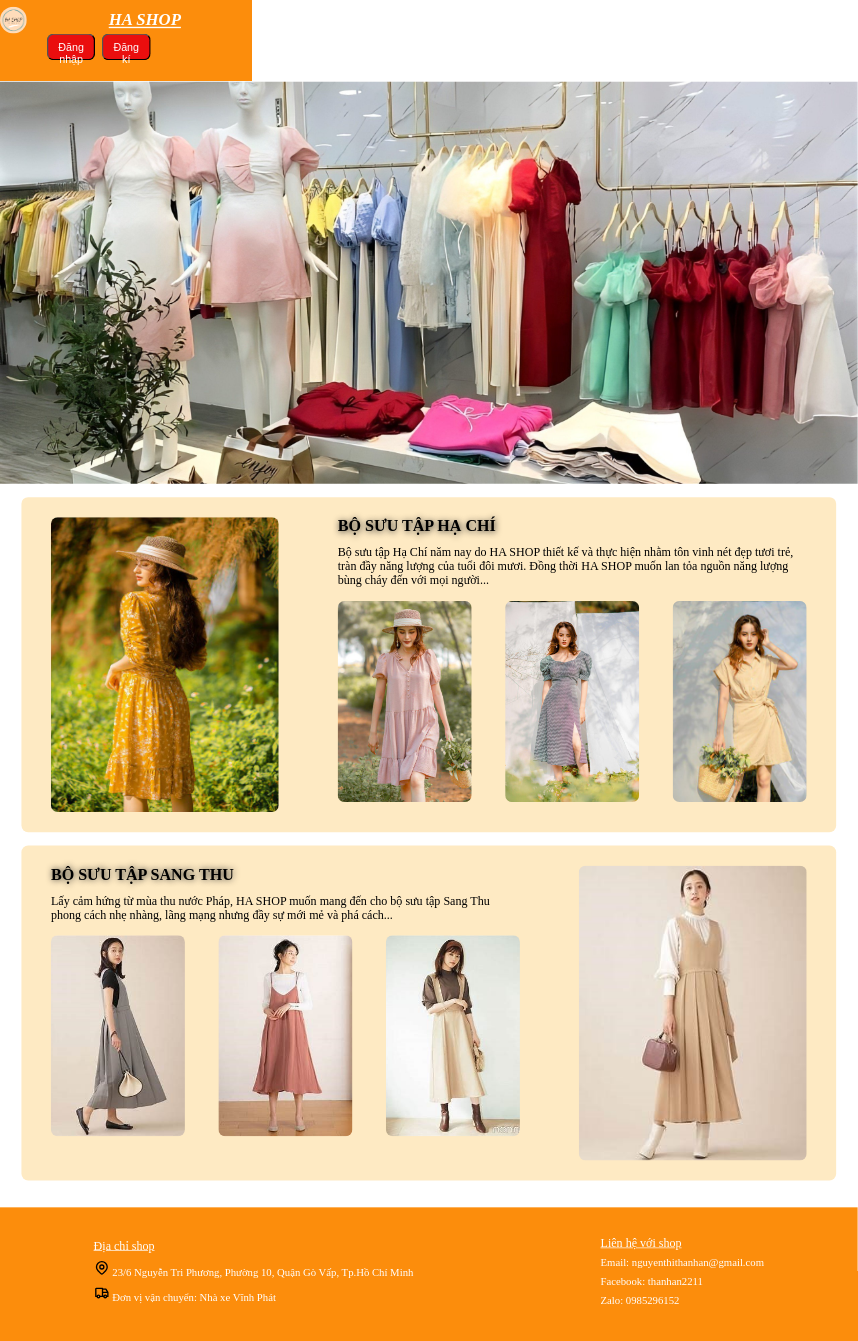
Repository: manhhieu120499/Project_ShopQuanAo
Page: index.html
These files come from the project's save history. The page is drawn as it stood at one moment and after the next save; the edit follows.
The browser window is 1280 px wide. The pictures show the whole page, at 67% of full size.

Above is the page before, as saved 2023-04-07 23:13:43.

### index.html
<!DOCTYPE html>
<html lang="en">

<head>
    <meta charset="UTF-8" />
    <meta http-equiv="X-UA-Compatible" content="IE=edge" />
    <meta name="viewport" content="width=device-width, initial-scale=1.0" />
    <title>Document</title>
    <link rel="stylesheet" href="/css/style_trangchu.css">
    <link rel="stylesheet" href="/responsive/responsive_trangchu.css">
</head>

<body>
    <div class="wrap">
        <div class="header">
            <div class="left-header">
                <img src="/image/image_trangchu/Thời trang hiện dại.png" alt="logo_shop" class="picture"/>
                <h2 class="shop_name">HA SHOP</h2>
            </div>

            <div class="right-header">
                <div class="link">
                    <a href="#">Trang Chủ</a>
                    <a href="http://127.0.0.1:5501/html/ban_hang.html">Cửa Hàng</a>
                    <a href="#">Liên hệ</a>
                </div>
                 <div class="btn">
                     <button>Đăng nhập</button>
                     <button>Đăng kí</button>
                 </div>
            </div>

        </div>

        <div class="slide_bar">
            <img src="/image/image_trangchu/slide.jpg" alt="slide_picture">
        </div>

        <div class="album">
            <div class="album_one">
                <div class="left_picture">
                     <img src="/image/image_trangchu/10.jpg" alt="picture_ha_chi">
                </div>
                <div class="right_description">
                      <h2 class="title_album">BỘ SƯU TẬP HẠ CHÍ</h2>
                      <p class="desc">   Bộ sưu tập Hạ Chí năm nay do HA SHOP thiết kế và thực hiện nhằm tôn vinh nét đẹp tươi trẻ, tràn đầy năng lượng của tuổi đôi mươi. Đồng thời HA SHOP muốn lan tỏa nguồn năng lượng bùng cháy đến với mọi người...</p>
                      <div class="picture_etc">
                        <img src="/image/image_trangchu/11.jpg" alt="picture_ha_chi">
                        <img src="/image/image_trangchu/12.jpg" alt="picture_ha_chi">
                        <img src="/image/image_trangchu/13.jpg" alt="picture_ha_chi">
                      </div>
                </div>

            </div>

            <div class="album_two album_one ">
                <div class="right_description">
                    <h2 class="title_album">BỘ SƯU TẬP SANG THU</h2>
                    <p class="desc">   Lấy cảm hứng từ mùa thu nước Pháp, HA SHOP muốn mang đến cho bộ sưu tập Sang Thu phong cách nhẹ nhàng, lãng mạng nhưng đầy sự mới mẻ và phá cách...</p>
                    <div class="picture_etc">
                        <img src="/image/image_trangchu/5.jpg" alt="picture_sang_thu">
                        <img src="/image/image_trangchu/8.jpg" alt="picture_sang_thu">
                        <img src="/image/image_trangchu/6.jpg" alt="picture_sang_thu">
                    </div>
                </div>
                <div class="left_picture">
                     <img src="/image/image_trangchu/3.jpg" alt="picture_sang_thu">
                </div>

            </div>
        </div>

        <div class="footer">
            <div class="left_footer">
                  <p class="address">Địa chỉ shop</p>
                  <p>
                    <a class="icon">
                        <svg xmlns="http://www.w3.org/2000/svg" class="icon icon-tabler icon-tabler-map-pin" width="24" height="24" viewBox="0 0 24 24" stroke-width="2" stroke="currentColor" fill="none" stroke-linecap="round" stroke-linejoin="round">
                            <path stroke="none" d="M0 0h24v24H0z" fill="none"></path>
                            <path d="M12 11m-3 0a3 3 0 1 0 6 0a3 3 0 1 0 -6 0"></path>
                            <path d="M17.657 16.657l-4.243 4.243a2 2 0 0 1 -2.827 0l-4.244 -4.243a8 8 0 1 1 11.314 0z"></path>
                         </svg>
                    </a>
                     23/6 Nguyễn Tri Phương, Phường 10, Quận Gò Vấp, Tp.Hồ Chí Minh
                  </p>
                  <p>
                    <a>
                        <svg xmlns="http://www.w3.org/2000/svg" class="icon icon-tabler icon-tabler-truck" width="24" height="24" viewBox="0 0 24 24" stroke-width="2" stroke="currentColor" fill="none" stroke-linecap="round" stroke-linejoin="round">
                            <path stroke="none" d="M0 0h24v24H0z" fill="none"></path>
                            <path d="M7 17m-2 0a2 2 0 1 0 4 0a2 2 0 1 0 -4 0"></path>
                            <path d="M17 17m-2 0a2 2 0 1 0 4 0a2 2 0 1 0 -4 0"></path>
                            <path d="M5 17h-2v-11a1 1 0 0 1 1 -1h9v12m-4 0h6m4 0h2v-6h-8m0 -5h5l3 5"></path>
                         </svg>
                         Đơn vị vận chuyển: Nhà xe Vĩnh Phát
                    </a>
                  </p>
            </div>
            <div class="right_footer">
                 <p class="address">Liên hệ với shop</p>
                 <p>Email: nguyenthithanhan@gmail.com</p>
                 <p>Facebook: thanhan2211</p>
                 <p>Zalo: 0985296152</p>
            </div>

        </div>
    </div>

</body>

</html>

### css/style_trangchu.css
* {
    margin: 0;
    box-sizing: border-box;
}

.wrap {
    display: flex;
    flex-direction: column;
    width: 100%;
    height: 100%;
}


.header {
    background-color: #FC8D0C;
    display: flex;
    justify-content: space-around;
    position: fixed;
    width: 100%;
    top: 0;
    left: 0;
    padding: 10px 0;
    z-index: 1;
}

.left-header {
    width: 270px;
    display: flex;
    align-items: center;
    justify-content: space-between;
}

.left-header .picture {
    width: 100px;
    height: 100px;
    border-radius: 50%;
}

.left-header .shop_name {
    color: white;
    font-size: 25px;
    text-decoration: underline;
    font-style: italic;
}

.right-header .link {
    width: 400px;
    display: flex;
    justify-content: space-between;
}

.right-header .link a:hover {
    color: black;
}

.right-header .link > a {
    color: white;
    text-decoration: none;
    font-size: 25px;
    /* padding: 10px 35px; */
}

.right-header {
    width: 800px;
    display: flex;
    align-items: flex-end;
    margin-bottom: 20px;
    justify-content: space-between;
}

.right-header .btn {
    display: flex;
    justify-content: space-between;
    width: 300px;
}

.right-header .btn > button {
    background-color: #EA0E0E;
    padding: 10px 15px;
    border-radius: 10px;
    font-size: 16px;
    color: white;
    width: 200px;
    height: 40px;
    margin-left: 10px;
}



/* slide bar*/
.slide_bar {
    margin-top: 122px;
    height: 400px;
}
.slide_bar > img{
    width: 100%;
    object-fit: cover;
    height: 600px;
    display: block;
    margin-bottom: 20px;
}

/*album bo suu tap*/
.album {
    display: flex;
    width: calc(100% - 32px);
    flex-direction: column;
}
.album_one {
    margin-top: 220px;
    width: calc(100% - 32px);
    margin-left: 32px;
    height: 500px;
    background-color: #FEEAC3;
    display: flex;
    justify-content: space-around;
    align-items: center;
    border-radius: 10px;

}

.left_picture {
    width: 340px;
    height: 440px;
}
.left_picture img{
    width: 340px;
    height: 440px;
    border-radius: 10px;
}

.left_picture img:hover {
    transform: scale(1.1);
    transition: ease all 0.7s;
}

.right_description {
    width: 700px;
    height: 440px;
    display: flex;
    flex-direction: column;
}

.right_description > .picture_etc{
    display: flex;
    align-items: center;
    justify-content: space-between;
}

.right_description > .picture_etc > img {
    width: 200px;
    height: 300px;
    border-radius: 10px;
    object-fit: cover;
    margin-top: 10px;
}

.right_description > .picture_etc > img:hover {
    transform: scale(1.1);
    transition: ease all 0.7s;
}

.right_description .title_album {
    font-weight: 600px;
    margin-bottom: 15px;
    text-shadow: 1px 1px 10px #222;
}

.right_description .desc {
    font-size: 18px;
    text-align: start;
    margin-bottom: 10px;
}

.album .album_two {
    margin-top: 20px;
}

/*footer*/
.footer {
    margin-top: 40px;
    width: 100%;
    height: 200px;
    background-color: #FC8D0C;
    display: flex;
    justify-content: space-around;
    align-items: center;
    color: white;
}

.footer .left_footer {
    display: flex;
    flex-direction: column;
}

.left_footer p {
    margin-bottom: 10px;
}

.left_footer .address {
    text-decoration: underline;
    font-size: 18px;
}

.footer .right_footer {
    display: flex;
    flex-direction: column;
}

.right_footer p {
    margin-bottom: 10px;
}

.right_footer .address {
    text-decoration: underline;
    font-size: 18px;
}

.footer svg {
    color: black;
}

### responsive/responsive_trangchu.css
/*ipad pro*/
@media only screen and (max-width: 1024px){
    .left-header {
        width: 230px;
        margin-left: 20px;
    }

    .right-header .link {
        width: 350px;
        margin-left: 60px;
    }

    .btn {
        margin-right: 30px;
    }

    .album_one .left_picture{
        width: 250px;
        height: 350px;
        margin-left: 12px;
    }
    .album_one .left_picture > img {
        width: 100%;
        height: 100%;
    }


    .album_one .right_description {
        width: 650px;
        margin-right: 20px;
    }


    .right_description > .picture_etc > img {
        width: 200px;
        height: 250px;
    }

    .right_description .desc{
        text-align: justify;
    }

    .album_two .left_picture {
        margin-right: 24px;
    }

    .album_two .right_description {
        margin-left: 20px;
    }
}

/*iphone x*/
@media only screen and (min-width: 375px) {
    .header {
        width: 375px;
        display: flex;
        flex-direction: column;
        align-items: flex-start;

    }

    .left-header {}
    .right-header .link {
        width: 0;
    }

    .right-header .link > a{
        display: none;
    }

    .left-header .picture {
        width: 40px;
        height: 40px;
        display: inline-block;
    }

    .right-header {
        width: 200px;
    }
    .right-header .btn {
        width: 70%;
       display: flex;
       justify-content: space-between;
    }

    .right-header .btn > button{
       width: 100px;
       height: 40px;
       font-size: 16px;
       text-align: center;
    }
}

After the next save:
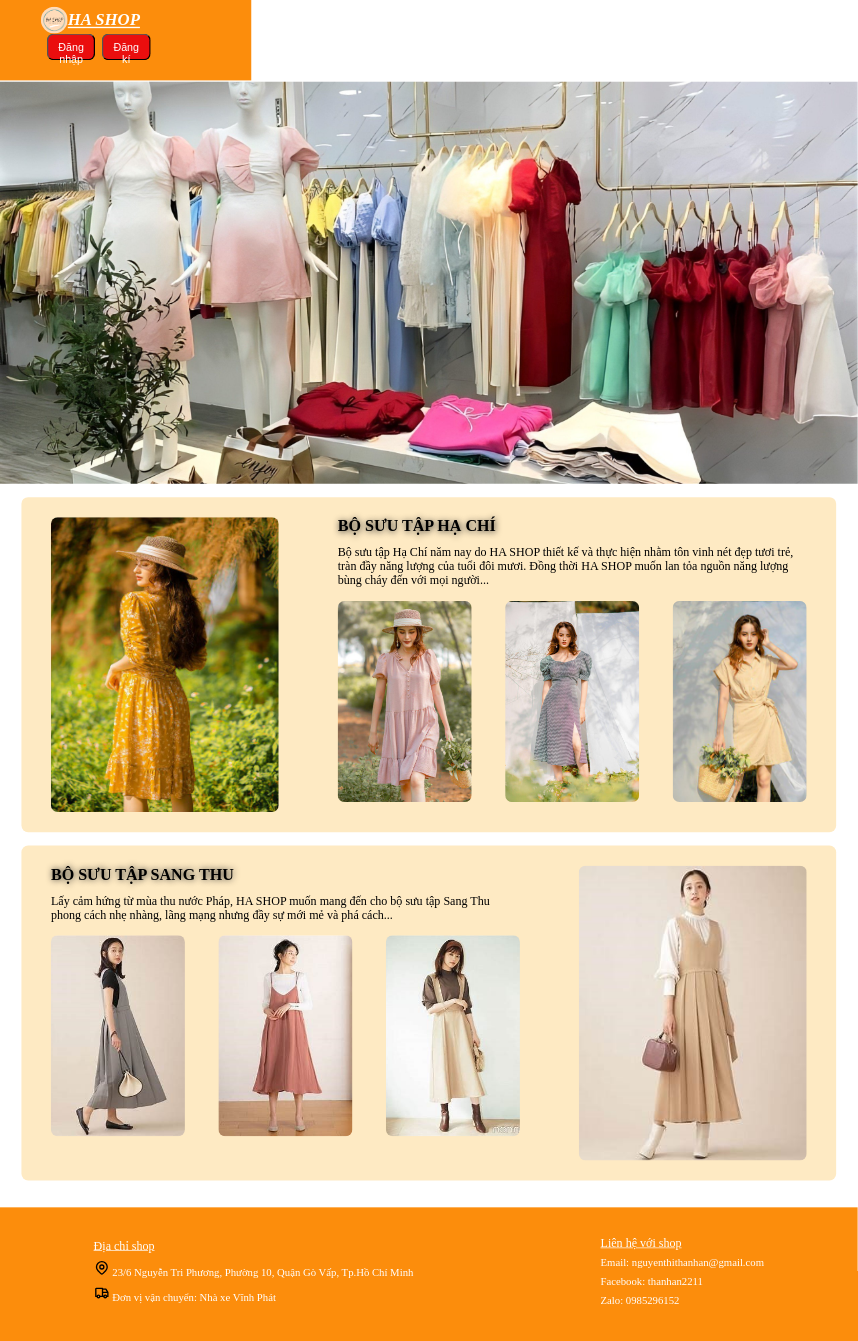
Saved 16 s later.
--- a/responsive/responsive_trangchu.css
+++ b/responsive/responsive_trangchu.css
@@ -59,7 +59,9 @@
 
     }
 
-    .left-header {}
+    .left-header {
+        justify-content: center;
+    }
     .right-header .link {
         width: 0;
     }
@@ -71,7 +73,6 @@
     .left-header .picture {
         width: 40px;
         height: 40px;
-        display: inline-block;
     }
 
     .right-header {
